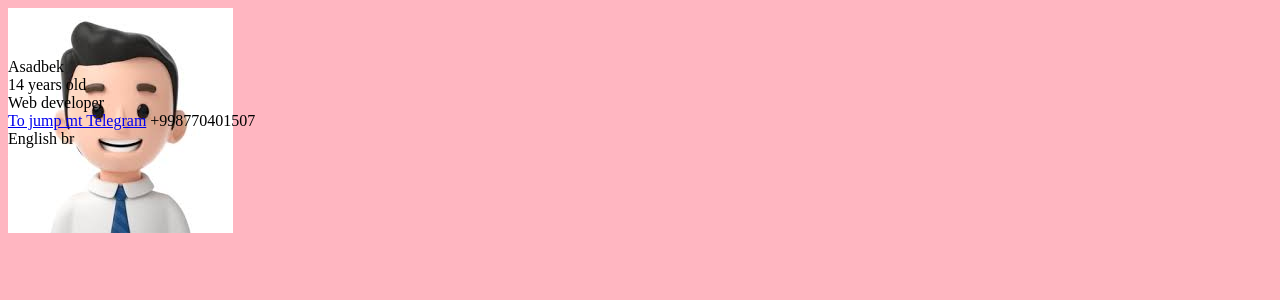
Repository: KHANas02/live-stream
Page: contact.html
The author's editor kept a copy of each file at every save. The page is drawn from the files as they stood at one save, then again after a run of saves.
The browser window is 1280 px wide. The pictures show the whole page.

Above is the page before, as saved 2024-03-25 07:16:19.

### contact.html
<!DOCTYPE html>
<html lang="en">
<head>
    <meta charset="UTF-8">
    <meta name="viewport" content="width=device-width, initial-scale=1.0">
    <title>Contact with us</title>
    <link rel="stylesheet" href="./index.html">
</head>
<style>
    body{
        background-color: lightpink;
    }
    .avatar{
        background-image:url(data:[embedded picture, 5823 characters]);
       border-top-left-radius:20px;
       border-top-right-radius:60px;
       border-bottom-left-radius:80px;
       border-bottom-right-radius:40px;
       background-repeat:no-repeat;
       width: 50px;
       height: 50px;
    }
</style>
<body>
    <div class="container">
  <div class="contact-card">
    <div class="avatar"><img src="data:[embedded picture, 5823 characters]" alt=""></div>
    <div class="text"></div>
  </div>
  <div class="text">Asadbek <br>
14 years old <br>
Web developer <br>
<a href=" https://t.me/wzb_02">To jump mt Telegram</a>
+998770401507 <br>
English br


</div>
  <div class="contact-card">
    <div class="avatar"></div>
    <div class="text"></div>
  </div>
  <div id="magnifying-glass">
    <div id="glass"></div>
    <div id="handle">
       </div>
</body>
</html>

### index.html
<!DOCTYPE html>
<html lang="en">
  <head>
    <meta charset="UTF-8" />
    <head name="viewport" content="width=device-width, initial-scale=1.0">
      <title>Englify Live_stream</title>
      <link rel="stylesheet" href="./style.css" />
    </head>
    <style>
      .div1Img {
        font-size: 70px;
        font-family: serif;
        font-weight: 100;
        color: rgb(255, 0, 157);
        position: relative;
        left: 25px;
        top: 70px;
      }
      .div2 {
        font-size: 70px;
        font-family: serif;
        font-weight: 100;
        color: rgb(255, 0, 157);
        position: relative;
        left: 25px;
        top: 70px;
      }
      .div3 {
        font-size: 70px;
        font-family: serif;
        font-weight: 100;
        color: rgb(255, 0, 157);
        position: relative;
        left: 25px;
        top: 450px;
      }
    </style>
    <html>
      <body>
        <div class="div1">
          <div class="div1Img">JOIN TO OUR LIVE STREAM</div>
        </div>
        <div class="div2">
          Todat at 21:00 <br />
          Only with coffee
        </div>
        <div class="div3">
          Our on the telegram
          <br />
          @englify_asp <br />
          And join to us
        </div>
        <div class="hamburger-menu">
          <input id="menu__toggle" type="checkbox" />
          <label class="menu__btn" for="menu__toggle">
            <span></span>
          </label>

          <ul class="menu__box">
            <li><a class="menu__item" href="index.html">Главная</a></li>
            <li>
              <a class="menu__item" href="speaking.html"
                >Speaking полезная функция</a
              >
            </li>
            <li><a class="menu__item" href="group.html">участники прямой трансляции</a></li>
            <li><a class="menu__item" href="#">Блог</a></li>
            <li><a class="menu__item" href="contact.html">Контакты</a></li>
          </ul>
        </div>
      </body>
    </html>
  </head>
</html>

After the next 5 saves:
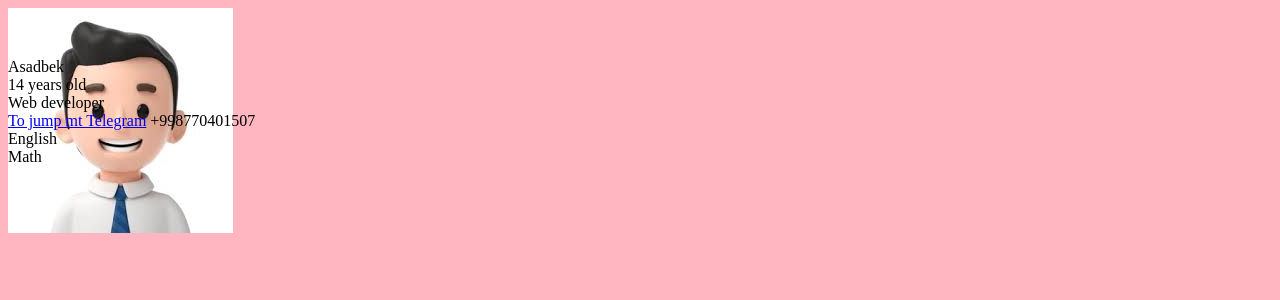
The 5 saves are shown as one change because they came seconds apart.
The last was saved 12 s later.
--- a/contact.html
+++ b/contact.html
@@ -32,7 +32,9 @@
 Web developer <br>
 <a href=" https://t.me/wzb_02">To jump mt Telegram</a>
 +998770401507 <br>
-English br
+English <br>
+Math <br>
+
 
 
 </div>
